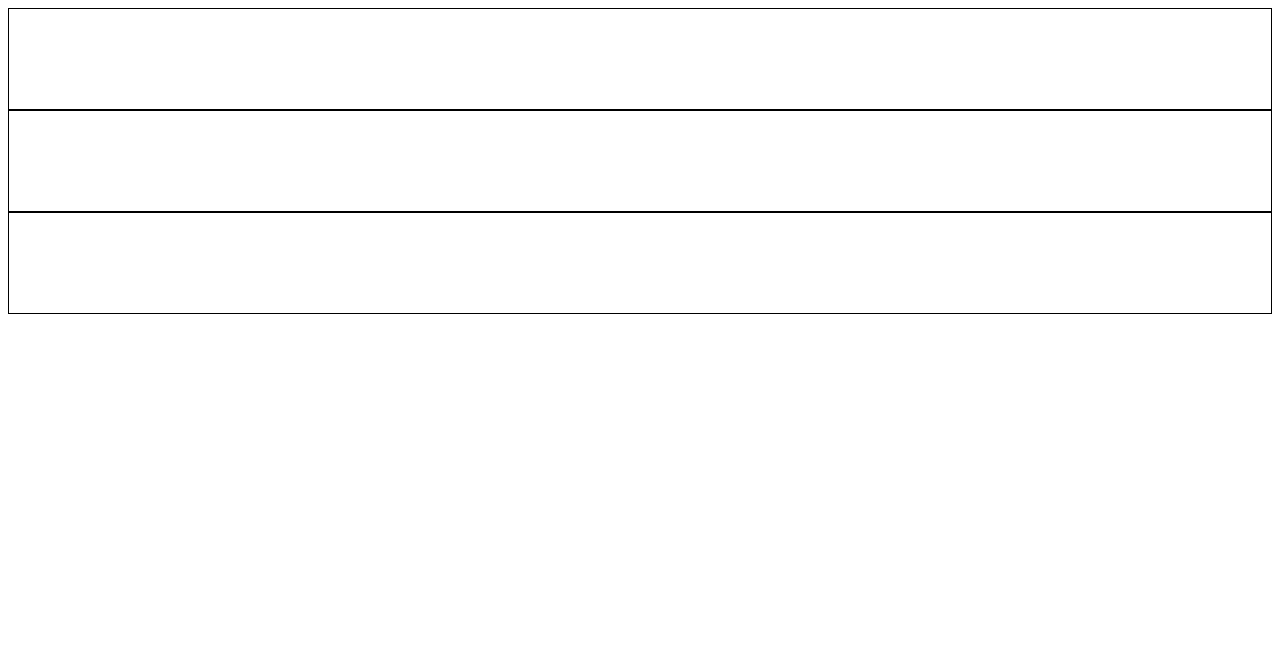
Repository: gustavotwist/html-css
Page: ex22/fundo02.html
An editor plug-in stored every save of this project. The page is shown before and after the next save, followed by the edit.
The browser window is 1280 px wide. The pictures show the whole page.

Above is the page before, as saved 2024-04-10 22:20:35.

After the next save:
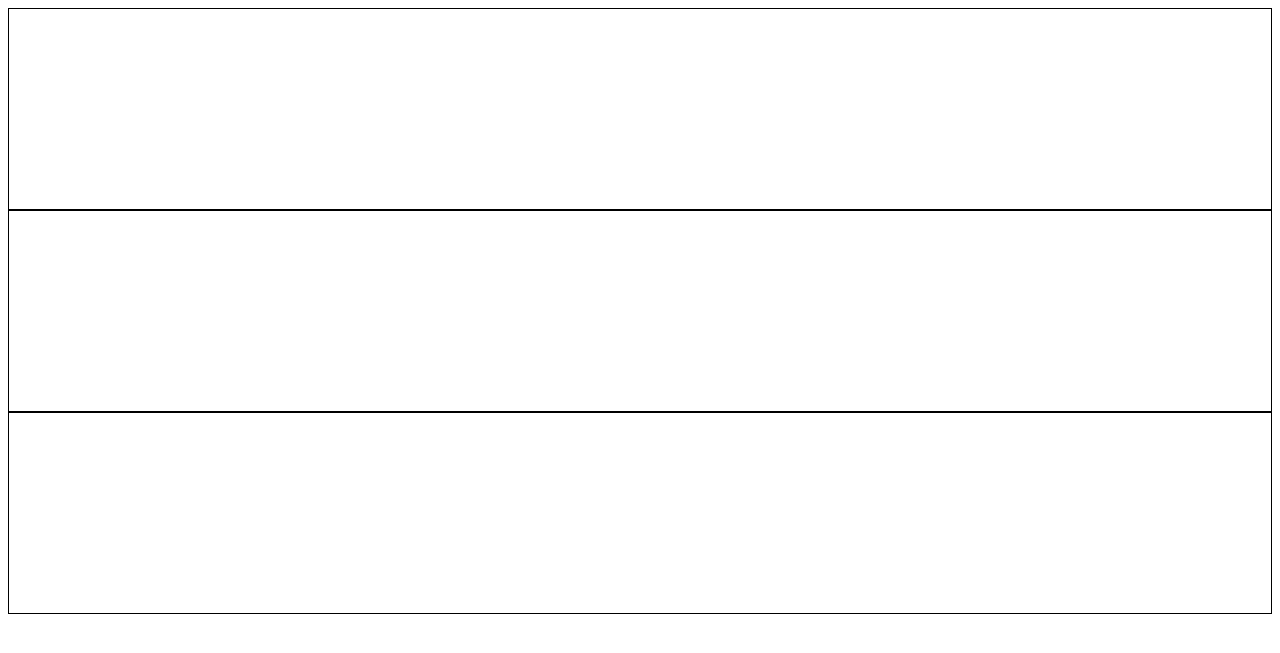
Saved 45 s later.
--- a/ex22/fundo02.html
+++ b/ex22/fundo02.html
@@ -6,7 +6,7 @@
     <title>Posição dos Fundos</title>
     <style>
         div.bloco {
-            height: 100px;
+            height: 200px;
             border: 1px solid black;
         }
     </style>
